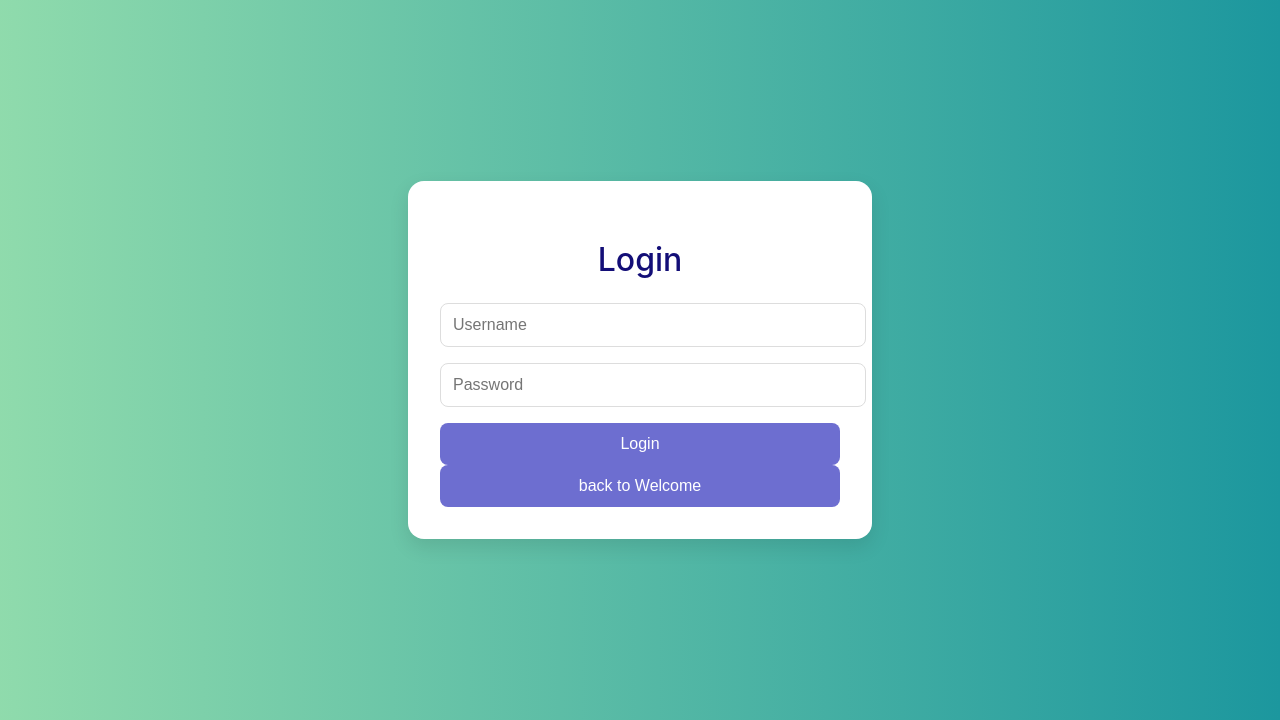
Repository: RachelB9913/smart-task-and-habit-tracker
Page: /login
These files come from the project's save history. The page is drawn as it stood at one moment and after the next save; the edit follows.
The browser window is 1280 px wide. The pictures show the whole page.
The project was rebuilt for these pictures with package versions that can differ from the ones it lists, and the page was loaded fresh each time. Also part of the build but not shown: src/components/welcome.js, src/components/Auth.css, src/components/Register.js, src/components/DashBoard.js.

Above is the page before, as saved 2025-06-18 18:31:07.

After the next save:
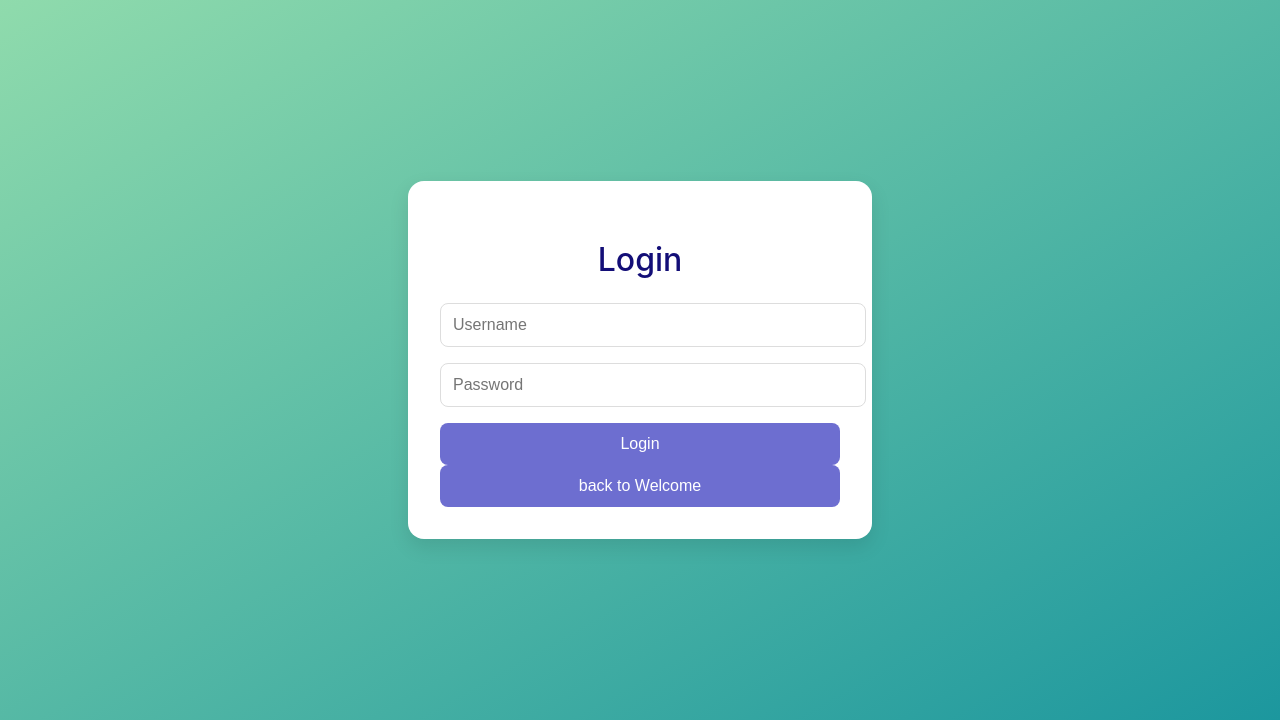
Saved 60 s later.
--- a/src/App.css
+++ b/src/App.css
@@ -175,7 +175,7 @@ h2 {
 }
 
 .register-background {
-  background: linear-gradient(to left, hsl(143, 51%, 71%), #1c979e);
+  background: linear-gradient(to left top, hsl(143, 51%, 71%), #1c979e);
   min-height: 100vh;
   display: flex;
   align-items: center;
@@ -183,7 +183,7 @@ h2 {
 }
 
 .login-background {
-  background: linear-gradient(to right, hsl(143, 51%, 71%), #1c979e);
+  background: linear-gradient(to right bottom, hsl(143, 51%, 71%), #1c979e);
   min-height: 100vh;
   display: flex;
   align-items: center;
